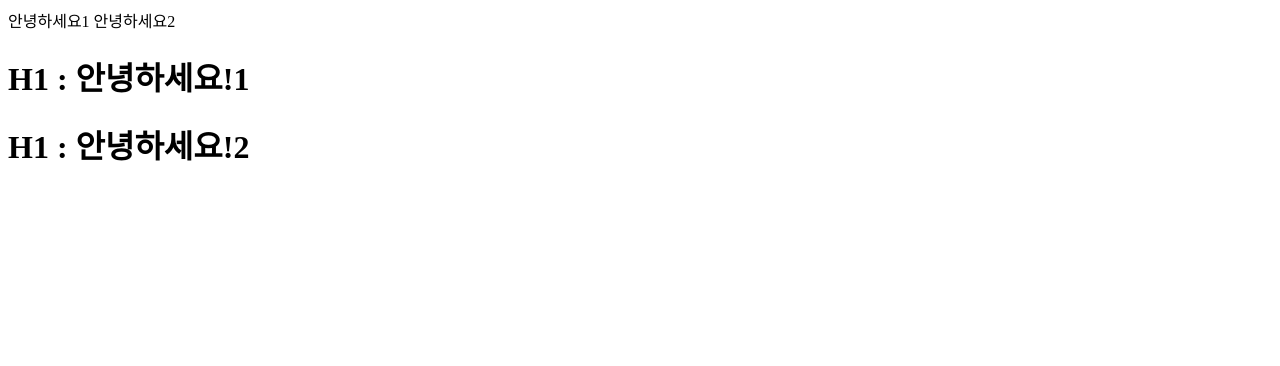
Repository: jjb5442/JSP
Page: 3Day/workspace/02_HTML_tutorial/src/main/webapp/02_Tutorial.html
The author's editor kept a copy of each file at every save. The page is drawn from the files as they stood at one save, then again after the next save.
The browser window is 1280 px wide. The pictures show the whole page.

Above is the page before, as saved 2022-05-14 01:39:23.

After the next save:
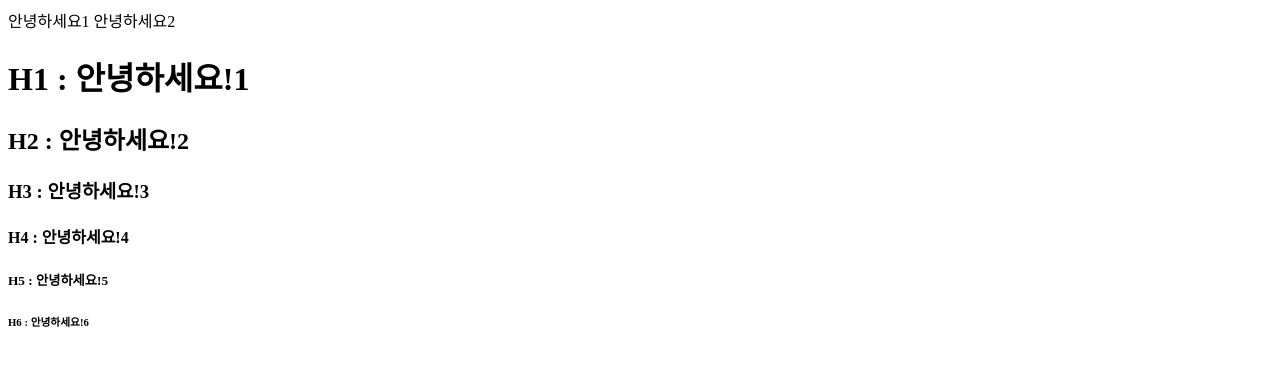
Saved 2 min 30 s later.
--- a/3Day/workspace/02_HTML_tutorial/src/main/webapp/02_Tutorial.html
+++ b/3Day/workspace/02_HTML_tutorial/src/main/webapp/02_Tutorial.html
@@ -5,9 +5,13 @@
 <title>Insert title here</title>
 </head>
 <body>
-	안녕하세요1
+	안녕하세요1<!-- html 태그 내에 출력하는 일반 문자는 개행되지 않는다. -->
 	안녕하세요2
-	<h1>H1 : 안녕하세요!1</h1>
-	<h1>H1 : 안녕하세요!2</h1>
+	<h1>H1 : 안녕하세요!1</h1><!-- h1 : 제목을 표시하며 출력후 자동 개행된다. -->
+	<h2>H2 : 안녕하세요!2</h2>
+	<h3>H3 : 안녕하세요!3</h3>
+	<h4>H4 : 안녕하세요!4</h4>
+	<h5>H5 : 안녕하세요!5</h5>
+	<h6>H6 : 안녕하세요!6</h6>
 </body>
 </html>
